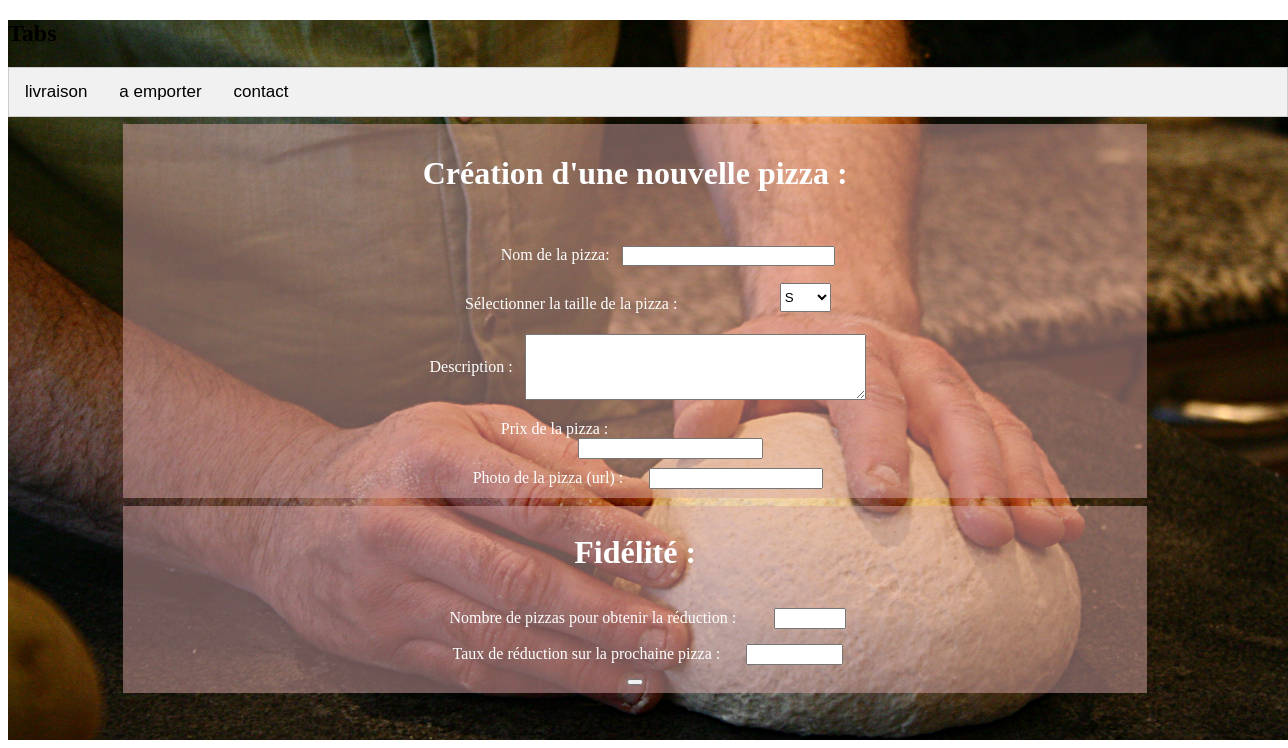
Repository: dev84-unalien/pippo_pizza
Page: admin.html
An editor plug-in stored every save of this project. The page is shown before and after the next save, followed by the edit.
The browser window is 1280 px wide. The page is 1288 px wide, so the pictures cover 1288 px, including what lies to the right of the window. The pictures show the whole page.

Above is the page before, as saved 2019-09-11 12:30:16.

### admin.html
<!DOCTYPE html>
<html lang="en">

<head>
    <meta charset="UTF-8">
    <meta name="viewport" content="width=device-width, initial-scale=1.0">
    <meta http-equiv="X-UA-Compatible" content="ie=edge">
    <title>pizzaria pippo</title>
    <link rel="stylesheet" href="admin.css">
    <script src="jquery-3.4.1.min.js"></script>
    <script src="admin.js"></script>

</head>

<body>
    <div id=unos>
        <div id=commande>

            <h2>Tabs</h2>


            <div class="tab">
                <button class="tablinks" onclick="openCity(event, 'livraison')">livraison</button>
                <button class="tablinks" onclick="openCity(event, 'emporter')">a emporter</button>
                <button class="tablinks" onclick="openCity(event, 'contact')">contact</button>
            </div>

            <div id="livraison" class="tabcontent">
                <h3>livraison</h3>
            </div>

            <div id="emporter" class="tabcontent">
                <h3>emporter</h3>

            </div>

            <div id="contact" class="tabcontent">
            </div>
            </form>

         <div id="body">
            <div id="gcadre">
                <h1>Création d'une nouvelle pizza :</h1>
                 <div id="nom">Nom de la pizza:<input id="ecriture"></input></div>
                  <div id="taille">
                  <p>Sélectionner la taille de la pizza :</p>
                   <select >
                         <option value="S">S</option>
                         <option value="M">M</option>
                         <option value=">L">L</option>
                         <option value="XL">XL</option>
                         <option value="XXL">XXL</option>
                     </select>
                </div>
                <div id="description">Description :<TEXTAREA name="desc" rows=4 cols=40></TEXTAREA></div>
                <div id="prix">Prix de la pizza : <input id="prix1"></input></div>

                <div id="image"> Photo de la pizza (url) :<input id="imgpizza"></input></div>
            </div>

            <div id="gcadre2">
                <h1>Fidélité :</h1>
                <div id="seuil">Nombre de pizzas pour obtenir la réduction :<input id="nbrpizza" type="text"></div>
                <div id="reduction"> Taux de réduction sur la prochaine pizza :<input id="pourcentage" type="text"></div>
                <button></button>
            </div>
        </div>
    </div>
</body>

</html>

### admin.css
#unos {
  height: 100vh;
  width: 100vw;
  background-image: url("images/ajoutpizza.jpg");
  justify-content: cover;
  background-size: 100vw;
}
#body{
    width: 100vw;
    height: 80vh;
    display: flex;
  flex-direction: column;
  justify-content: center;
  align-content: center;
}
#gcadre {
  display: flex;
  flex-direction: column;
  justify-content: space-around;
  align-items: center;
  width: 80vw;
  height: 80vh;
  background-color: rgba(216, 166, 166, 0.5);
  margin-left: 9vw;
  margin-top:1vh;
  color: white;
}

#nom {
  margin-left: 9vw;
  display: flex;
  color: white;
  margin-top: 1vw;
  width: 30vw;
  height:2vh;
}
#ecriture{
  width:16vw;
  height:2vh;
  margin-left:1vw;
}

#taille {
  margin-right: 6vw;
  display: flex;
  justify-content: center;
  align-content: center;
  width: 80vw;
  height: 5vh;
}
select {
  width: 4vw;
  height: 4vh;
  margin-top: 0.5vh;

}

#description{
  margin-left: 2vw;
  size: 5rem;
  display: flex;
  justify-content: center;
  align-items: center;

}
#prix{
  width: 20vw;
  height: 4vh;
  margin-right:1vw;
  margin-left: vw;

}
#prix1{
  margin-left:6vw;

}
#imgpizza{
width: 13vw;
margin-left:2vw;
}
#image{
  margin-left: 2vw;
}
TEXTAREA{
  margin-left:1vw;

}
p {
  color: white;
  margin-left: 8vw;
  margin-right: 8vw;
}

#gcadre2 {
  display: flex;
  flex-direction: column;
  justify-content: space-around;
  align-items: center;
  width: 80vw;
  height: 40vh;
  background-color: rgba(216, 166, 166, 0.5);
  margin-left: 9vw;
  margin-top:1vh;
  color: white;
}
#nbrpizza{
  margin-left: 3vw;
  width: 5vw;
}
#seuil{
  margin-left: 2vw;
}
#reduction{
  margin-left: 2vw;
}
#pourcentage{
  margin-left: 2vw;
  width: 7vw;
}

#formulaire {
  height: 50%;
  width: 50%;
  background-color: aliceblue;
}

#livraison {
  background-color: aquamarine;
}

#emporter {
  background-color: beige;
}
#contact {
  background-color: powderblue;
}

.tab {
  overflow: hidden;
  border: 1px solid #ccc;
  background-color: #f1f1f1;
}

/* Style the buttons inside the tab */

.tab button {
  background-color: inherit;
  float: left;
  border: none;
  outline: none;
  cursor: pointer;
  padding: 14px 16px;
  transition: 0.3s;
  font-size: 17px;
}

/* Change background color of buttons on hover */

.tab button:hover {
  background-color: red;
}

/* Create an active/current tablink class */

.tab button.active {
  background-color: red;
}

/* Style the tab content */

.tabcontent {
  display: none;
  padding: 6px 12px;
  border: 1px solid red;
  border-top: none;
}

### admin.js
$(document).ready(function() {

    let id_piz = null;
    let nom_piz = '';
    let taille_piz = '';
    let description_piz = '';
    let prix_piz = 0.0;
    let image_url_piz = '';
    let ausweis = null;

        $('#validate1').click(function() {

            ausweis = 0;
            nom_piz = $('#ecriture').val();
            taille_piz = $('#taillepizza').val();
            description_piz = $('#desctext').val();
            prix_piz = $('#prix1').val();
            image_url_piz = $('#imgpizza').val();

            if (superficie == '') {$('#superficie').addClass('badentry'); ausweis = 0;}
                else {ausweis++; $('#superficie').removeClass('badentry');}

            if (literie == '') {$('#literie').addClass('badentry'); ausweis = 0;}
                else {ausweis++; $('#literie').removeClass('badentry');}

            if (equipement == '') {$('#equipement').addClass('badentry'); ausweis = 0;}
                else {ausweis++; $('#equipement').removeClass('badentry');}

            if (fumeur == '') {$('#fumeur').addClass('badentry'); ausweis = 0;}
                else {ausweis++; $('#fumeur').removeClass('badentry');}

            if (parking == '') {$('#parking').addClass('badentry'); ausweis = 0;}
                else {ausweis++; $('#parking').removeClass('badentry');}

            if (vue == '') {$('#vue').addClass('badentry'); ausweis = 0;}
                else {ausweis++; $('#vue').removeClass('badentry');}

            if (bain == '') {$('#bain').addClass('badentry'); ausweis = 0;}
                else {ausweis++; $('#bain').removeClass('badentry');}

            if (descriptif == '') {$('#descriptif').addClass('badentry'); ausweis = 0;}
                else {ausweis++; $('#descriptif').removeClass('badentry');}

            if (photo == '') {$('#photo').addClass('badentry'); ausweis = 0;}
                else {ausweis++; $('#photo').removeClass('badentry');}

            if (tarif == '') {$('#tarif').addClass('badentry'); ausweis = 0;}
                else {ausweis++; $('#tarif').removeClass('badentry');}

            if (dispo == '') {$('#dispo').addClass('badentry'); ausweis = 0;}
                else {ausweis++; $('#dispo').removeClass('badentry');}

            if (ausweis == 11) {
                cifammoniacal(superficie, literie, equipement, fumeur, parking, vue, bain, descriptif, photo, tarif, dispo);
            }
                else {alert("Formulaire invalide, wtf, call the police!");}
        });

        function cifammoniacal(cifsup, ciflit, cifequ, ciffum, cifpar, cifvue, cifbai, cifdes, cifpho, ciftar, cifdis) {

            console.log(cifsup);
            console.log(ciflit);
            console.log(cifequ);
            console.log(ciffum);
            console.log(cifpar);
            console.log(cifvue);
            console.log(cifbai);
            console.log(cifdes);
            console.log(cifpho);
            console.log(ciftar);
            console.log(cifdis);

            $.ajax({
                url: "http://localhost/create_rooms.php",
                type: 'POST',
                data: {bcksup: cifsup, bcklit: ciflit, bckequ: cifequ, bckfum: ciffum, bckpar: cifpar, bckvue: cifvue, bckbai: cifbai, bckdes: cifdes, bckpho: cifpho, bcktar: ciftar, bckdis: cifdis},
                success: myHandler,
                error: function () {
                    alert("Something's rotten in the Kingdom... Impossible de créer la chambre...");
                }
            });

            function myHandler (result) {
                alert(result);
            }
        }
});

Loaded but not shown: jquery-3.4.1.min.js (library)

After the next save:
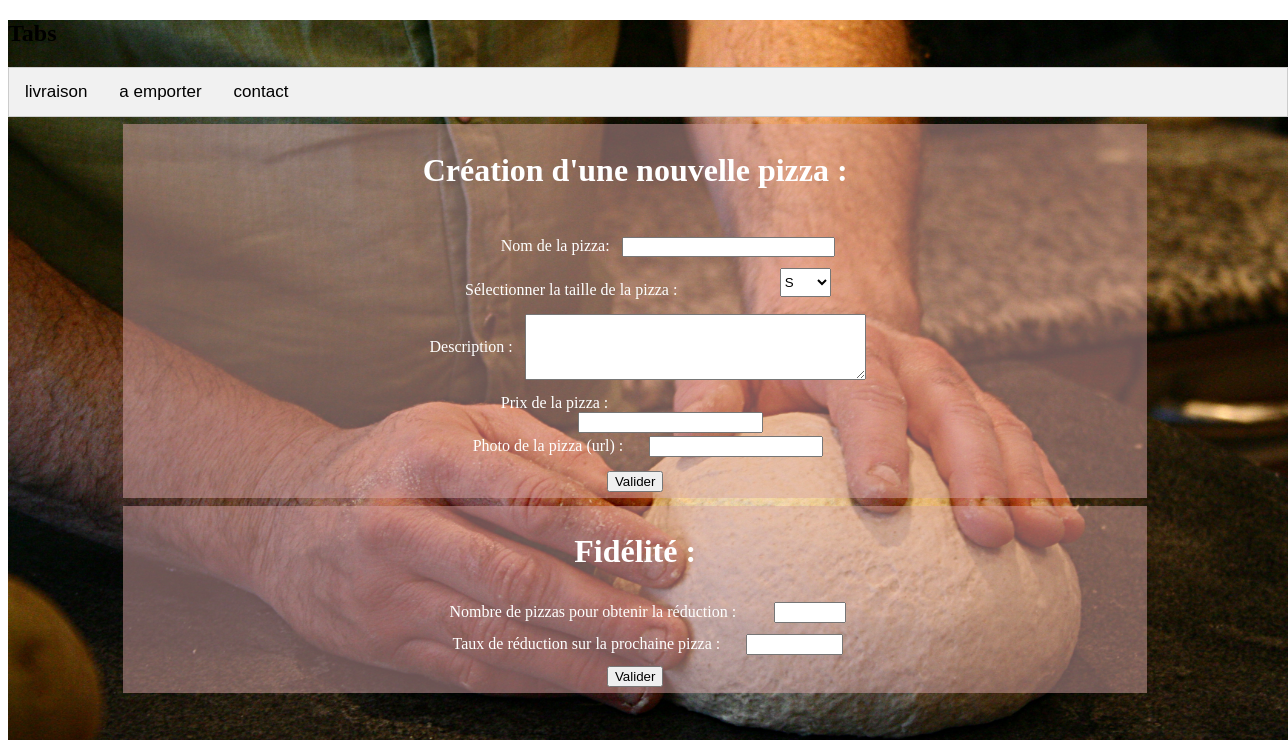
Saved 48 s later.
--- a/admin.html
+++ b/admin.html
@@ -56,13 +56,14 @@
                 <div id="prix">Prix de la pizza : <input id="prix1"></input></div>
 
                 <div id="image"> Photo de la pizza (url) :<input id="imgpizza"></input></div>
+                <button>Valider</button>
             </div>
 
             <div id="gcadre2">
                 <h1>Fidélité :</h1>
                 <div id="seuil">Nombre de pizzas pour obtenir la réduction :<input id="nbrpizza" type="text"></div>
                 <div id="reduction"> Taux de réduction sur la prochaine pizza :<input id="pourcentage" type="text"></div>
-                <button></button>
+                <button>Valider</button>
             </div>
         </div>
     </div>
